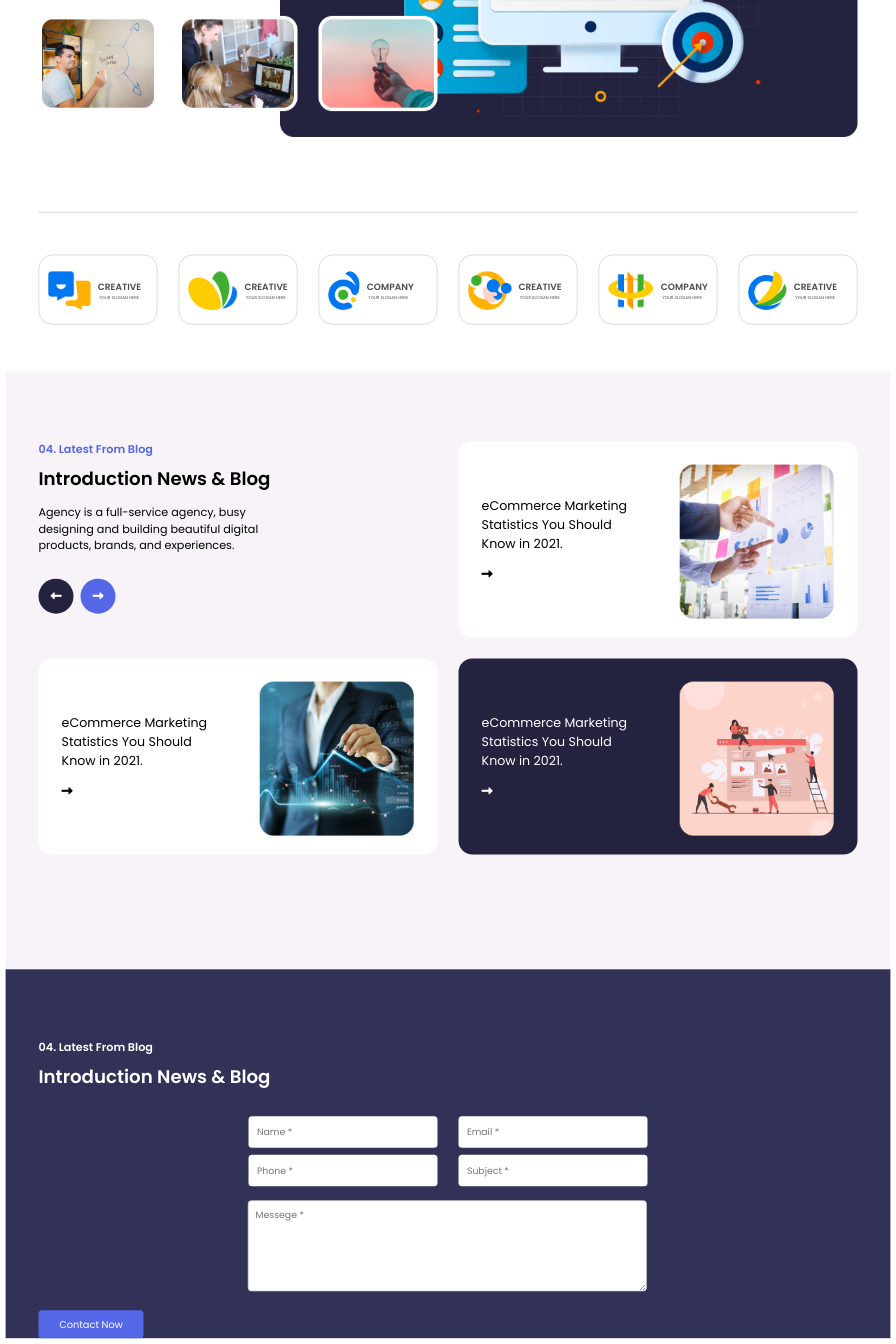
Repository: tranchi0120/LangdingPage-Htmlcss-Ago
Page: index.html
The author's editor kept a copy of each file at every save. The page is drawn from the files as they stood at one save, then again after the next save.
The browser window is 1280 px wide. The pictures show the part of the page from y = 2964 to 4884 px (the page is 4884 px tall), at 70% of full size.
Some web libraries are served in a nearby version. The style sheet was rebuilt from its Sass, Less or Tailwind sources for each picture, by a compiler version that may differ from the author's.

Above is the page before, as saved 2022-07-15 10:36:11.

After the next save:
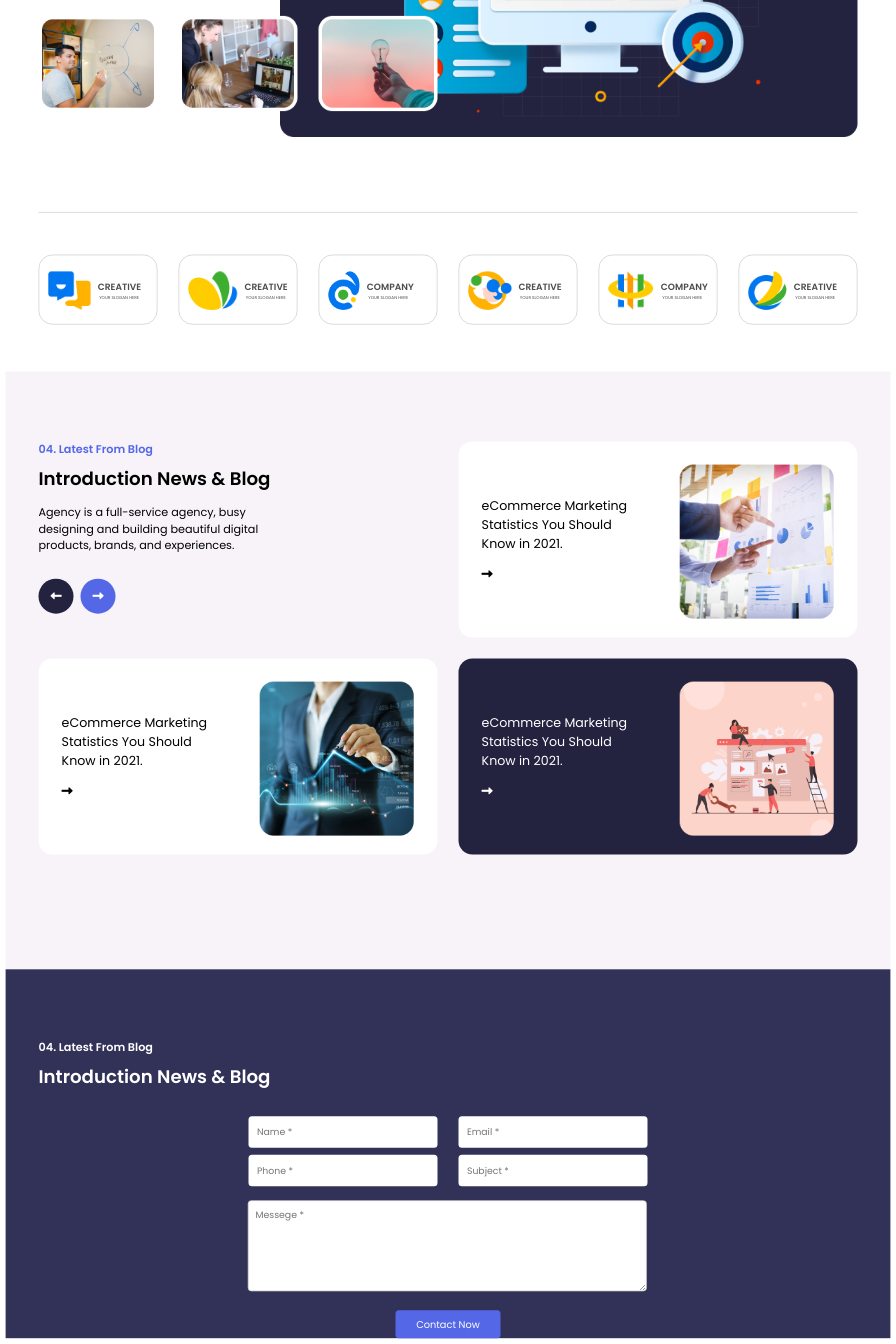
Saved 13 s later.
--- a/sass/_contact.scss
+++ b/sass/_contact.scss
@@ -46,4 +46,7 @@
         margin-bottom: 20px;
         margin: 20px 299px;
     }
+    &-button {
+        margin: 0 auto;
+    }
 }
